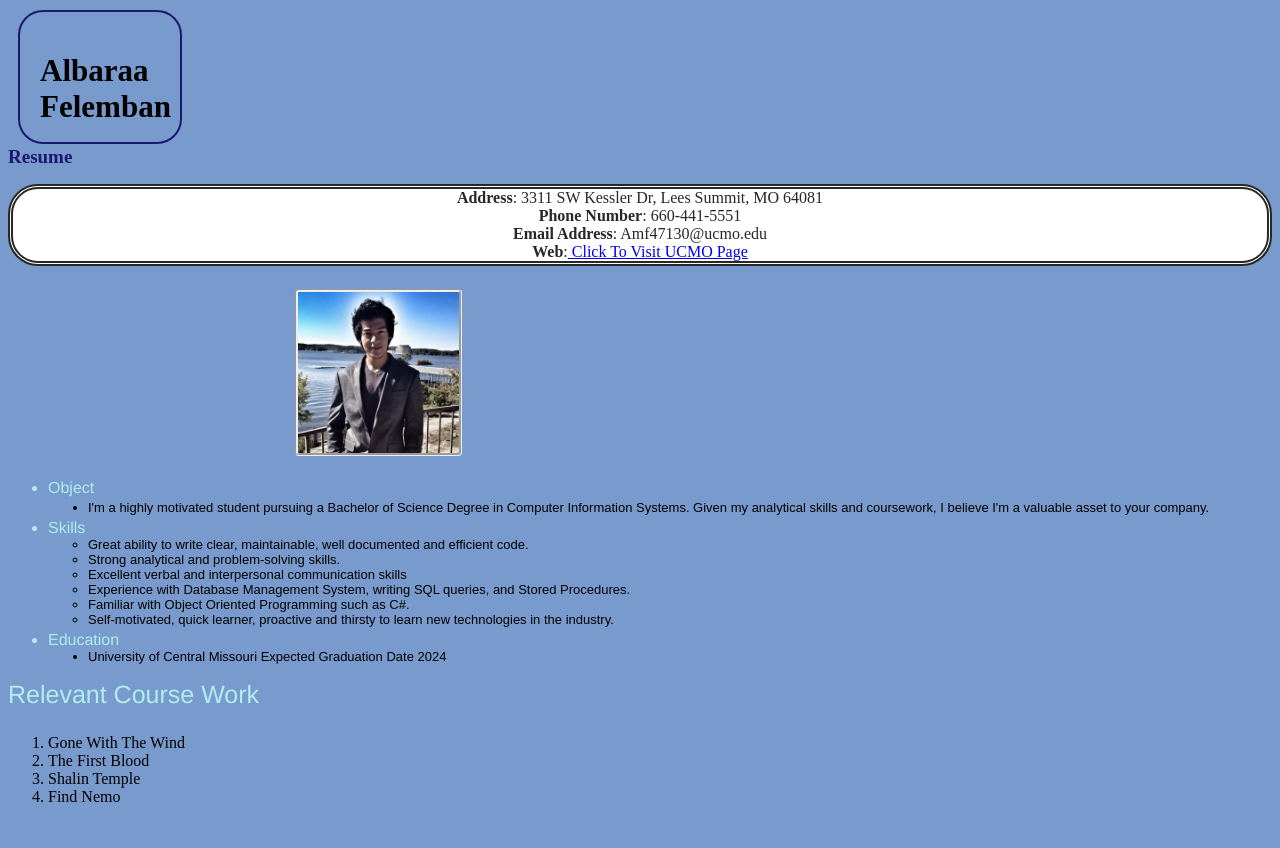
Repository: MrFelemban/RealEstate_Web-cis2625
Page: lesson1/index.html
The author's editor kept a record of every edit. The page is drawn from the files as they stood at one moment, then again after the next edit.
The browser window is 1280 px wide. The pictures show the whole page.

Above is the page before.

### lesson1/index.html
<!DOCTYPE html>

<head>
	<meta charset="UTF-8">
	<title> My Resume </title>
	<link rel="stylesheet" href="./Resume.css" type="text/css">
</head>

<body>
	<table name="top" id="top">
		<tr>
			<td>
				<img src="PersonalPhoto.jpg" alt="Profile Picture">
			</td>
			<div class="Div_Name">
				<h1> Albaraa Felemban</h1>
			</div>
			<h2>Resume</h2>
			<div class="myDiv">
				<b>Address</b>: 3311 SW Kessler Dr, Lees Summit, MO 64081</br>
				<b>Phone Number</b>: 660-441-5551</br>
				<b>Email Address</b>: Amf47130@ucmo.edu</br>
				<b>Web</b>:<a href=" http://www.ucmo.edu"> Click To Visit UCMO Page </a>
				</td>
		</tr>
		</div>
	</table>
	<ul>
		<li class="Subject">Object</li>

		<li id="Hook">I'm a highly motivated student pursuing a Bachelor of Science Degree in Computer Information Systems. Given my analytical skills and coursework, I believe I'm a valuable asset to your company.</li>

		<li class="Subject">Skills</li>

		<div class="Skills">
			<ul>
				<li>Great ability to write clear, maintainable, well documented and efficient code.</li>
				<li>Strong analytical and problem-solving skills.</li>
				<li>Excellent verbal and interpersonal communication skills</li>
				<li>Experience with Database Management System, writing SQL queries, and Stored Procedures.</li>
				<li>Familiar with Object Oriented Programming such as C#.</li>
				<li>Self-motivated, quick learner, proactive and thirsty to learn new technologies in the industry.</li>
			</ul>
		</div>
		<li class="Subject">Education</li>
		<li id="Education">
			University of Central Missouri Expected Graduation Date 2024
		</li>
	</ul>
	<p class="Subject">Relevant Course Work </p>
	<ol>
		<li>Gone With The Wind</li>
		<li>The First Blood</li>
		<li>Shalin Temple</li>
		<li>Find Nemo</li>
	</ol>



</body>

</html>

### lesson1/Resume.css
	body {
		background-color: #799ACC;
	}

	.myDiv {
		border: 5px double #272727;
		border-radius: 30px;
		background-color: white;
		text-align: center;
		list-style-position: inside;
		color: #272727;

	}

	img {
		width: 161px;
		height: 161px;
		margin-left: 170%;
		margin-top: 20px;
		text-align: justify;
		border-radius: 4px;
		border: groove;


	}

	.Div_Name {

		margin: 10px;
		padding: 5px;
		background: transparent;
		font-size: 97%;
		float: inherit;
		margin-bottom: 2px;
		list-style-position: inside;

		border-radius: 25px;
		border: 2px solid #191970;
		padding: 20px;
		width: 120px;
		height: 90px;
	}

	p {
		font-family: serif;
		font-size: 25px;
		color: black;
	}

	#Hook {
		font-family: sans-serif;
		color: black;
		font-size: 13px;
		margin-left: 40px;
		margin-top: 3px;
		text-align: justify;
	}

	.Subject {
		font-family: helvetica;
		color: #AFEEEE;
		text-align: justify;
		margin-top: 4px;

	}


	.Skills>ul li {
		color: black;
		font-family: sans-serif;
		font-size: 13px;

	}

/* "Resume" word code*/
	h2 {
		color: #191970;
		font-size: 19px;
		font-family: Black Times;
		margin-top: 1px;

}

	#Education {
		font-family: helvetica;
		color: Black;
		font-size: 13px;
		margin-left: 40px;
	}
	.Course_Work {
		font-family: sans-serif;
		font-size: 13px;
	}
	#Courses{
		margin-top:-9px;
		margin-bottom: -10px;
		margin-left: 5px;
		font-size:19px;
		color: #CD853F;
		text-shadow: 2px 0 black, 0 1px black, 1px 0 black, 0 -1px black;

	}

After the next edit:
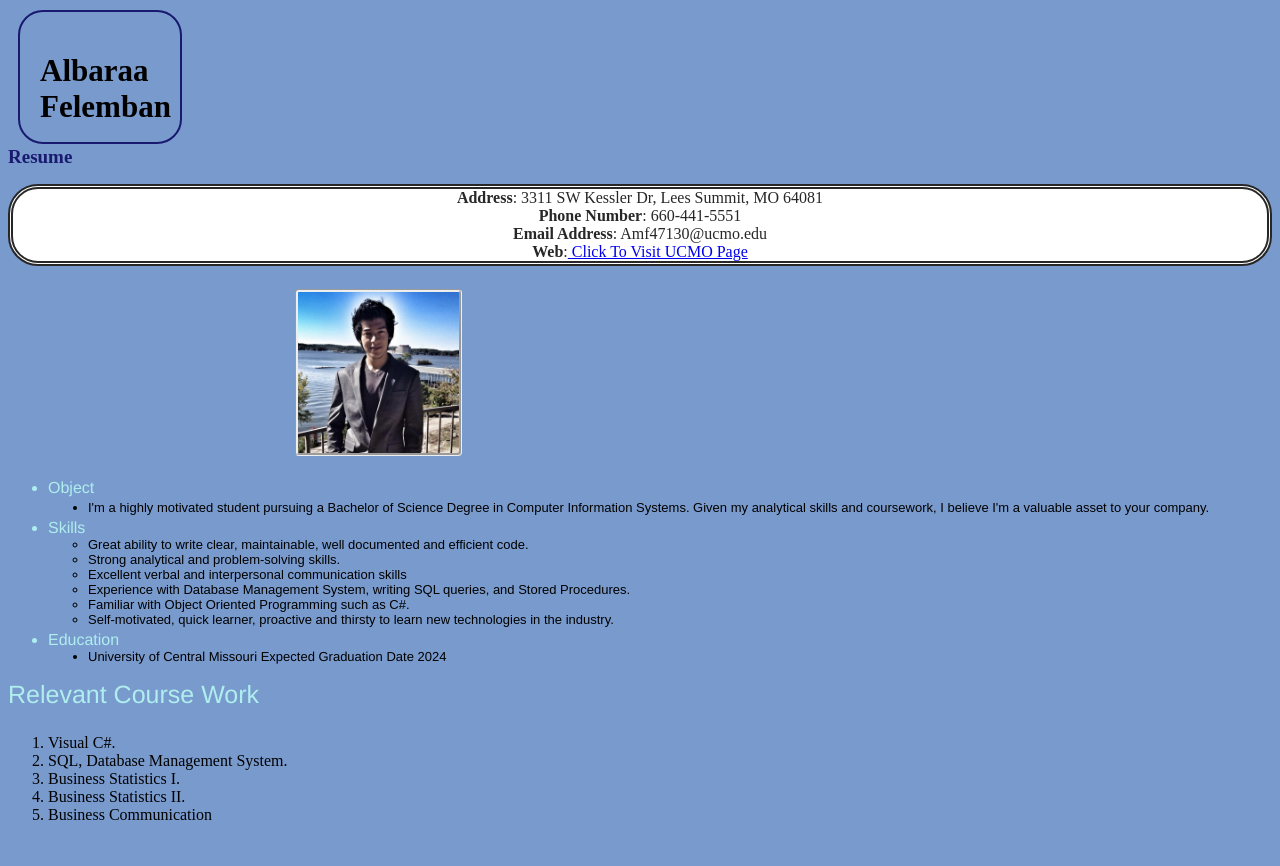
The edit:
--- a/lesson1/index.html
+++ b/lesson1/index.html
@@ -49,10 +49,11 @@
 	</ul>
 	<p class="Subject">Relevant Course Work </p>
 	<ol>
-		<li>Gone With The Wind</li>
-		<li>The First Blood</li>
-		<li>Shalin Temple</li>
-		<li>Find Nemo</li>
+		<li>Visual C#.</li>
+		<li>SQL, Database Management System.</li>
+		<li>Business Statistics I.</li>
+		<li>Business Statistics II.</li>
+		<li>Business Communication</li>
 	</ol>
 
 
